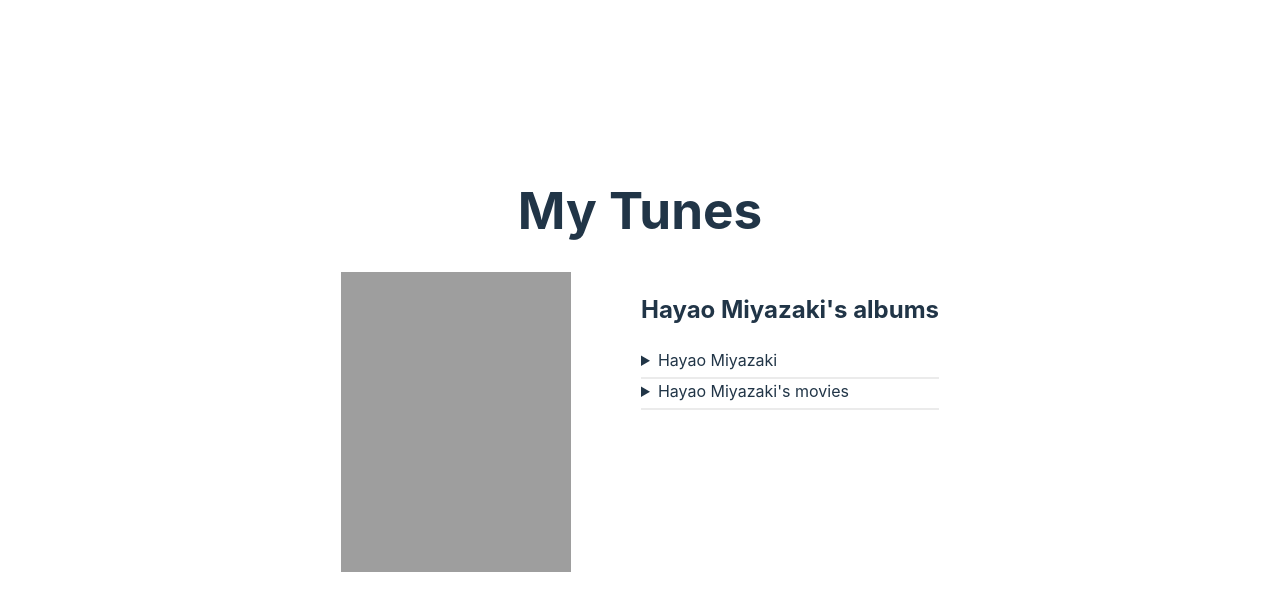
Repository: SamanthaYan298/my_app
Page: /
These files come from the project's save history. The page is drawn as it stood at one moment and after the next save; the edit follows.
The browser window is 1280 px wide. The pictures show the whole page.
Pictures or frames that could not be fetched are drawn as grey boxes. The project was rebuilt for these pictures with package versions that can differ from the ones it lists, and the page was loaded fresh each time. Also part of the build but not shown: vite.config.js.

Above is the page before, as saved 2024-09-13 13:29:48.

### src/App.jsx
import './App.css';

function App() {

  return (
    <>
      <div className='title'>
        <h1>My Tunes</h1>
        <div className="all">
        <div className='photo'>
          <img src="https://www.hollywoodreporter.com/wp-content/uploads/2013/09/hayao_miyazaki_-_h_-_2013.jpg?w=1024" alt="Hayao Miyazaki" height={300} width={230}/>
        </div>
        <div>
          <h2>Hayao Miyazaki's albums</h2>
          <details className='categories' id="box" onclick="changeColor">
            <summary>Hayao Miyazaki</summary>
            <ol>
              <li>Japanese animator</li>
              <li>Filmmaker</li>
              <li>Manga artist</li>
              <li>A founder of Studio Ghibli</li>
              <li>Oscar awards: 89 wins & 62 nominations</li>
            </ol>
          </details>
          <details className='categories'>
            <summary>Hayao Miyazaki's movies</summary>
            <ol>
              <li>Castle in the Sky</li>
              <li>Kiki's Delivery Service</li>
              <li>Howl's Moving Castle</li>
              <li>Princess Mononoke</li>
              <li>Spirited Away</li>
            </ol>
          </details>
        </div>
      </div>
      </div>

      <script>
        function
      </script>
    </>
  )
}

export default App

### src/App.css
#root {
  margin: 0 auto;
  padding: 1rem;
  text-align: left;
}

.photo,
.all {
  display: flex;
  flex-direction: row;
  justify-content: space-between;
  gap: 70px;
  text-align: left;
}

.title {
  text-align: center;
}

.categories {
  border-bottom: 2px solid rgb(235, 235, 235);
  padding-bottom: 5px;
}

Loaded but not shown: index.html (common file); src/main.jsx (common file); src/index.css (common file)

After the next save:
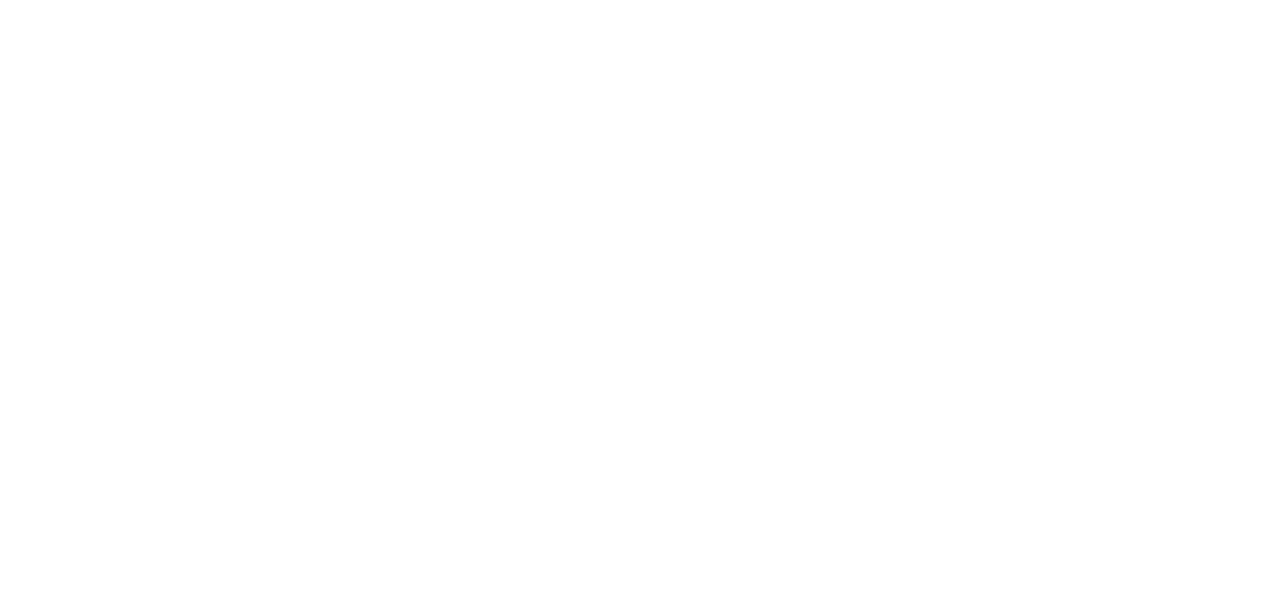
Console error: ReferenceError: get is not defined
Saved 14 s later.
--- a/src/App.jsx
+++ b/src/App.jsx
@@ -37,7 +37,9 @@
       </div>
 
       <script>
-        function
+        function changeColor() {
+          get
+        }
       </script>
     </>
   )

After the save that followed:
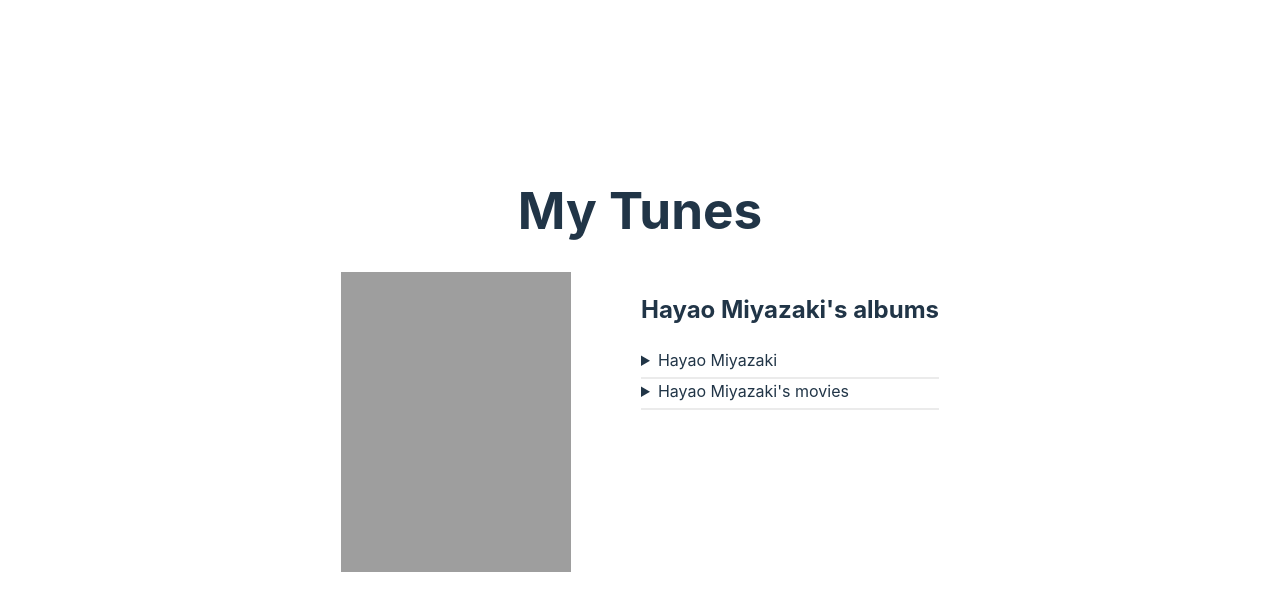
The error is gone.
Saved 21 s later.
--- a/src/App.jsx
+++ b/src/App.jsx
@@ -38,7 +38,7 @@
 
       <script>
         function changeColor() {
-          get
+          document.getElementById('box')
         }
       </script>
     </>
